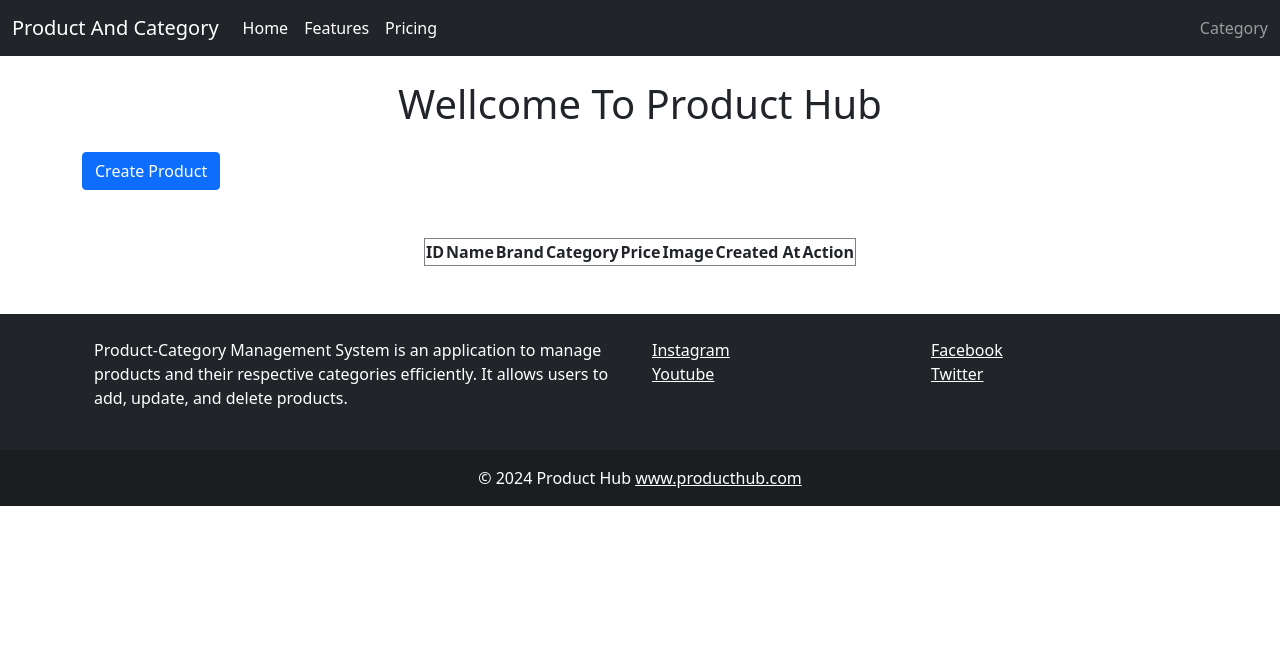
Repository: Pratik8317/Nimap_Assessment
Page: http://localhost/Product
An editor plug-in stored every save of this project. The page is shown before and after the next save, followed by the edit.
The browser window is 1280 px wide. The pictures show the whole page.
The page is this project's Thymeleaf template; nobody is signed in. The template is opened directly, without the code that normally fills it, so the values that code supplies are empty.

Above is the page before, as saved 2024-11-25 13:05:37.

### Nimap Assessment/Product_Hub/src/main/resources/templates/Product.html
<!doctype html>
<html xmlns:th="http://www.thymeleaf.org">
  <head>
    <meta charset="utf-8">
    <meta name="viewport" content="width=device-width, initial-scale=1">
    <link href="https://cdn.jsdelivr.net/npm/bootstrap@5.0.2/dist/css/bootstrap.min.css" rel="stylesheet" integrity="sha384-EVSTQN3/azprG1Anm3QDgpJLIm9Nao0Yz1ztcQTwFspd3yD65VohhpuuCOmLASjC" crossorigin="anonymous">
    <title>Product Page</title>
  </head>
  <body>
     <!--Nav Bar-->
	<nav class="navbar navbar-expand-lg navbar navbar-dark bg-dark">
        <div class="container-fluid">
          <a class="navbar-brand" href="#">Product And Category</a>
          <button class="navbar-toggler" type="button" data-bs-toggle="collapse" data-bs-target="#navbarText" aria-controls="navbarText" aria-expanded="false" aria-label="Toggle navigation">
            <span class="navbar-toggler-icon"></span>
          </button>
          <div class="collapse navbar-collapse" id="navbarText">
            <ul class="navbar-nav me-auto mb-2 mb-lg-0">
              <li class="nav-item">
                <a class="nav-link active" aria-current="page" href="#">Home</a>
              </li>
              <li class="nav-item">
                <a class="nav-link active" href="#">Features</a>
              </li>
              <li class="nav-item">
                <a class="nav-link active" href="#">Pricing</a>
              </li>
            </ul>
            <span class="navbar-text active">
                Category
            </span>
          </div>
        </div>
      </nav>
    <div class="container">
        <h1 class="text-center my-4">Wellcome To Product Hub</h1>
        <a class="btn btn-primary" th:href="@{/productsave}">Create Product</a>
		<br><br><br>
        <table border="1" align="center">
            <thead>
                <tr>
                    <th>ID</th>
                    <th>Name</th>
                    <th>Brand</th>
                    <th>Category</th>
                    <th>Price</th>
                    <th>Image</th>
                    <th>Created At</th>
                    <th>Action</th>
                </tr>
            </thead>
            <tbody>
                <tr th:each="product : ${products}">
                    <td th:text="${product.id}"></td>
                    <td th:text="${product.name}"></td>
                    <td th:text="${product.brand}"></td>
                    <td th:text="${product.category}"></td>
                    <td th:text="${product.price}"></td>
                    <td>
                        <img th:src="@{'/images/' + ${product.imageFileName}}" alt="..." width="100">
                    </td>
                    <td th:text="${product.createdAt.toString().substring(0, 10)}"></td>
                    <td style="white-space: nowrap;">
                        <a class="btn btn-primary btn-sm" th:href="@{/products/edit(id=${product.id})}">Edit</a>
                        <a class="btn btn-primary btn-sm" th:href="@{/products/delete(id=${product.id})}" onclick="return confirm('Are you sure?')">Delete</a>
                    </td>
                </tr>
            </tbody>
        </table>
    </div>
    <!-- Footer -->
    <footer class="bg-dark text-white text-center text-lg-start mt-5">
        <div class="container p-4">
            <div class="row">
                <div class="col-lg-6 col-md-12 mb-4 mb-md-0">
                    <p>
                        Product-Category Management System is an application to manage products and their respective categories efficiently. It allows users to add, update, and delete products.
                    </p>
                </div>
                <div class="col-lg-3 col-md-6 mb-4 mb-md-0">
                    <ul class="list-unstyled mb-0">
                        <li><a href="#" class="text-white">Instagram</a></li>
                        <li><a href="#" class="text-white">Youtube</a></li>
                    </ul>
                </div>
                <div class="col-lg-3 col-md-6 mb-4 mb-md-0">
                    <ul class="list-unstyled mb-0">
                        <li><a href="#" class="text-white">Facebook</a></li>
                        <li><a href="#" class="text-white">Twitter</a></li>
                    </ul>
                </div>
            </div>
        </div>
        <div class="text-center p-3" style="background-color: rgba(0, 0, 0, 0.2);">
            © 2024 Product Hub
            <a class="text-white" href="https://yourwebsite.com/">www.producthub.com</a>
        </div>
    </footer>
    <script src="https://cdn.jsdelivr.net/npm/bootstrap@5.0.2/dist/js/bootstrap.bundle.min.js" integrity="sha384-MrcW6ZMFYlzcLA8Nl+NtUVF0sA7MsXsP1UyJoMp4YLEuNSfAP+JcXn/tWtIaxVXM" crossorigin="anonymous"></script>
  </body>
</html>

After the next save:
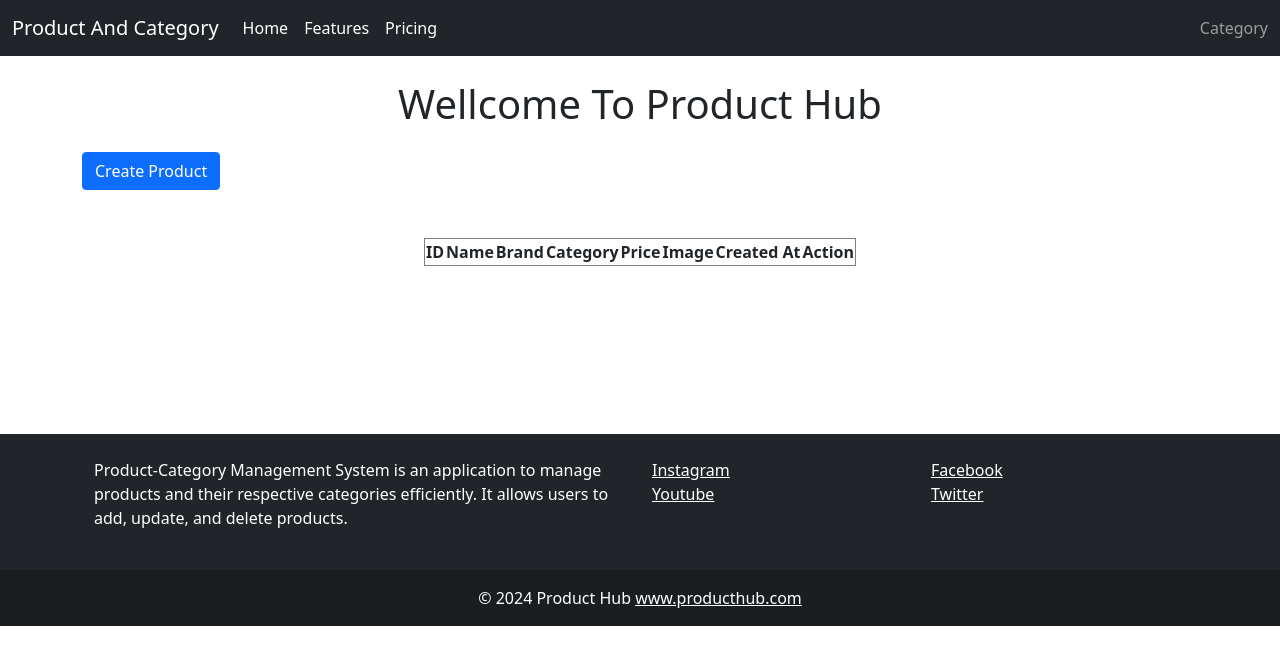
Saved 14 s later.
--- a/Nimap Assessment/Product_Hub/src/main/resources/templates/Product.html
+++ b/Nimap Assessment/Product_Hub/src/main/resources/templates/Product.html
@@ -68,6 +68,9 @@
             </tbody>
         </table>
     </div>
+
+    <br><br><br><br><br>
+
     <!-- Footer -->
     <footer class="bg-dark text-white text-center text-lg-start mt-5">
         <div class="container p-4">
